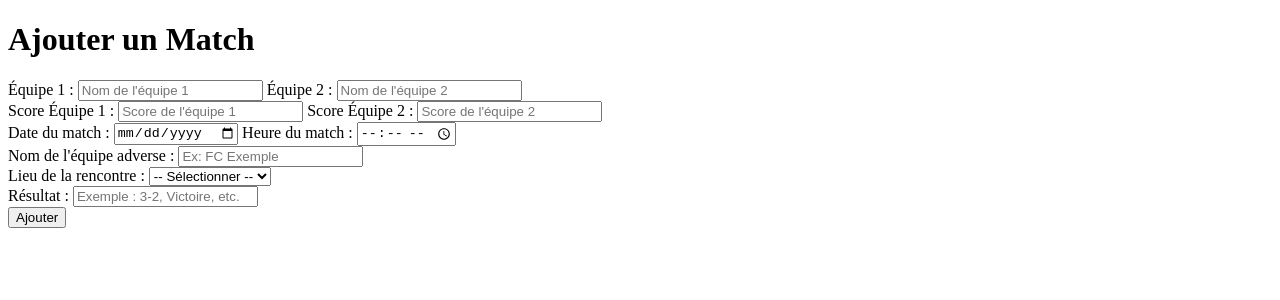
Repository: iisloomx/R401_MiniProjet
Page: http://localhost/views/matchs/ajouter.php
An editor plug-in stored every save of this project. The page is shown before and after the next save, followed by the edit.
The browser window is 1280 px wide. The pictures show the whole page.
The page is run by PHP 8.4 with error messages shown; the project is at /var/www/html/.

Above is the page before, as saved 2025-01-10 09:47:14.

### views/matchs/ajouter.php
<!DOCTYPE html>
<html lang="fr">
<head>
  <meta charset="UTF-8" />
  <meta name="viewport" content="width=device-width, initial-scale=1.0" />
  <title>Ajouter un Match</title>
  <!-- Lien éventuel vers votre CSS -->
  <link rel="stylesheet" href="../views/css/style.css">
</head>
<body>



<div class="container">
    <h1>Ajouter un Match</h1>
    <form action="MatchsController.php?action=ajouter" method="POST">

        <!-- Équipes et scores -->
        <div>
            <label for="equipe1">Équipe 1 :</label>
            <input
                type="text"
                name="equipe1"
                id="equipe1"
                required
                placeholder="Nom de l'équipe 1"
            >

            <label for="equipe2">Équipe 2 :</label>
            <input
                type="text"
                name="equipe2"
                id="equipe2"
                required
                placeholder="Nom de l'équipe 2"
            >
        </div>

        <div>
            <label for="score_equipe1">Score Équipe 1 :</label>
            <input
                type="number"
                name="score_equipe1"
                id="score_equipe1"
                required
                min="0"
                placeholder="Score de l'équipe 1"
            >

            <label for="score_equipe2">Score Équipe 2 :</label>
            <input
                type="number"
                name="score_equipe2"
                id="score_equipe2"
                required
                min="0"
                placeholder="Score de l'équipe 2"
            >
        </div>

        <!-- Date et heure du match -->
        <div>
            <label for="date_match">Date du match :</label>
            <input
                type="date"
                name="date_match"
                id="date_match"
                required
            >

            <label for="heure_match">Heure du match :</label>
            <input
                type="time"
                name="heure_match"
                id="heure_match"
            >
        </div>

        <!-- Équipe adverse (optionnel) -->
        <div>
            <label for="nom_equipe_adverse">Nom de l'équipe adverse :</label>
            <input
                type="text"
                name="nom_equipe_adverse"
                id="nom_equipe_adverse"
                placeholder="Ex: FC Exemple"
            >
        </div>

        <!-- Lieu de rencontre (domicile ou extérieur) -->
        <div>
            <label for="lieu_de_rencontre">Lieu de la rencontre :</label>
            <select name="lieu_de_rencontre" id="lieu_de_rencontre">
                <option value="">-- Sélectionner --</option>
                <option value="Domicile">Domicile</option>
                <option value="Extérieur">Extérieur</option>
            </select>
        </div>

        <!-- Résultat global du match (facultatif) -->
        <div>
            <label for="resultat">Résultat :</label>
            <input
                type="text"
                name="resultat"
                id="resultat"
                placeholder="Exemple : 3-2, Victoire, etc."
            >
        </div>

        <!-- Bouton de soumission -->
        <button type="submit">Ajouter</button>
    </form>
</div>

</body>
</html>

### index.php
<?php
header("Location: views/connexion.php");
exit();

After the next save:
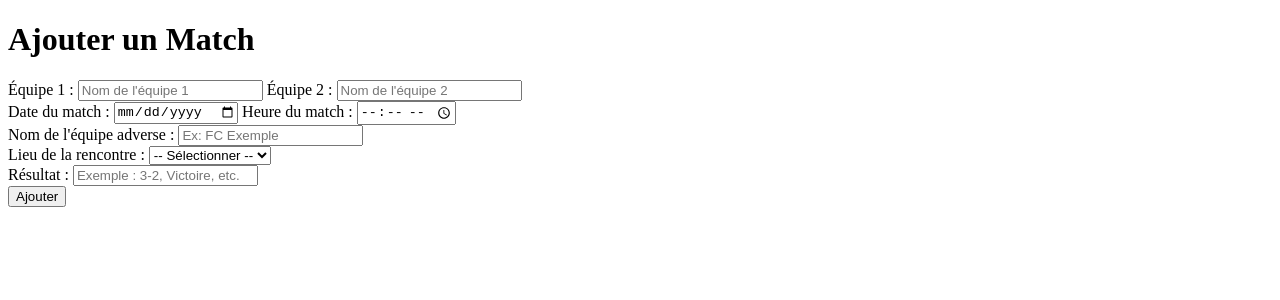
Saved 60 s later.
--- a/views/matchs/ajouter.php
+++ b/views/matchs/ajouter.php
@@ -36,7 +36,7 @@
             >
         </div>
 
-        <div>
+        <!-- <div>
             <label for="score_equipe1">Score Équipe 1 :</label>
             <input
                 type="number"
@@ -56,7 +56,7 @@
                 min="0"
                 placeholder="Score de l'équipe 2"
             >
-        </div>
+        </div> -->
 
         <!-- Date et heure du match -->
         <div>
